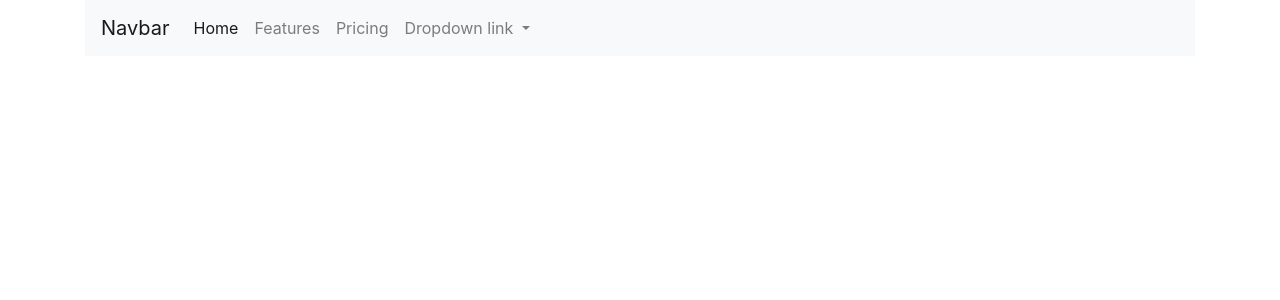
Repository: latenightsnacc/Static-Web-Projects
Page: Dunno Yet/index.html
An editor plug-in stored every save of this project. The page is shown before and after the next save, followed by the edit.
The browser window is 1280 px wide. The pictures show the whole page.
The style sheet was rebuilt from its Sass, Less or Tailwind sources for each picture, by a compiler version that may differ from the author's.

Above is the page before, as saved 2020-11-10 12:26:10.

### Dunno Yet/index.html
<!DOCTYPE html>
<html lang="en">
<head>
    <meta charset="UTF-8">
    <meta name="viewport" content="width=device-width, initial-scale=1.0">
    <!--Tailwind CDN-->
    <link rel="stylesheet" href="https://cdnjs.cloudflare.com/ajax/libs/tailwindcss/1.9.6/base.min.css" integrity="sha512-hEjkvMSM0ql6VJcNK0gTmjt9ar8F2yHeBUbJKtyvQhkkbGMhiJ4+MaiB8XxsthLAHJx5vy2I9dN0un8HiWG2LA==" crossorigin="anonymous" />
    <link rel="stylesheet" href="https://cdnjs.cloudflare.com/ajax/libs/tailwindcss/1.9.6/components.min.css" integrity="sha512-TizAONqhvXjEfRPhptSUkZNVU497PzAnXNGNUoeOjeni4dHpJ+ak+ZsyoGna20LH/yg1PvdufN1VbnVQeVDftg==" crossorigin="anonymous" />
    <link rel="stylesheet" href="https://cdnjs.cloudflare.com/ajax/libs/tailwindcss/1.9.6/tailwind.css" integrity="sha512-HY1FOTeAX9idUBWDhVDrBg8QUHBisKVQ4BCVj1jFo5z76mk87w4Rr5YGP8nBkcGmoMzqYvdeXHMOg/olF45z3g==" crossorigin="anonymous" />
    <link rel="stylesheet" href="https://cdnjs.cloudflare.com/ajax/libs/tailwindcss/1.9.6/utilities.min.css" integrity="sha512-0QJfuLKyYJWGB5hKArJW67xqMLDlR8YaLM/ZuW2mRn4NRwHNsGm7UuREc5Fu7jONHyewPKnGODY0N8G+FQbfxg==" crossorigin="anonymous" />
    <!--Bootstrap CDN-->
    <link rel="stylesheet" href="https://cdn.jsdelivr.net/npm/bootstrap@4.5.3/dist/css/bootstrap.min.css" integrity="sha384-TX8t27EcRE3e/ihU7zmQxVncDAy5uIKz4rEkgIXeMed4M0jlfIDPvg6uqKI2xXr2" crossorigin="anonymous">
    <!--Custom Stylesheet-->
    <link rel="stylesheet" href="styles/stylesheet.css">
    <title>Home</title>
</head>
<body>

    <!--Navbar-->
    <div class="container">
        <nav class="navbar navbar-expand-lg navbar-light bg-light">
            <a class="navbar-brand" href="#">Navbar</a>
            <button class="navbar-toggler" type="button" data-toggle="collapse" data-target="#navbarNavDropdown" aria-controls="navbarNavDropdown" aria-expanded="false" aria-label="Toggle navigation">
              <span class="navbar-toggler-icon"></span>
            </button>
            <div class="collapse navbar-collapse" id="navbarNavDropdown">
              <ul class="navbar-nav">
                <li class="nav-item active">
                  <a class="nav-link" href="#">Home <span class="sr-only">(current)</span></a>
                </li>
                <li class="nav-item">
                  <a class="nav-link" href="#">Features</a>
                </li>
                <li class="nav-item">
                  <a class="nav-link" href="#">Pricing</a>
                </li>
                <li class="nav-item dropdown">
                  <a class="nav-link dropdown-toggle" href="#" id="navbarDropdownMenuLink" role="button" data-toggle="dropdown" aria-haspopup="true" aria-expanded="false">
                    Dropdown link
                  </a>
                  <div class="dropdown-menu" aria-labelledby="navbarDropdownMenuLink">
                    <a class="dropdown-item" href="#">Action</a>
                    <a class="dropdown-item" href="#">Another action</a>
                    <a class="dropdown-item" href="#">Something else here</a>
                  </div>
                </li>
              </ul>
            </div>
        </nav>
    </div>
    <!--Footer-->
    <div class="footer">
        <div class="container">
            <div class="row">

            </div>
        </div>
    </div>

    <!--Bootstrap Scripts-->
    <script src="https://code.jquery.com/jquery-3.5.1.slim.min.js" integrity="sha384-DfXdz2htPH0lsSSs5nCTpuj/zy4C+OGpamoFVy38MVBnE+IbbVYUew+OrCXaRkfj" crossorigin="anonymous"></script>
    <script src="https://cdn.jsdelivr.net/npm/popper.js@1.16.1/dist/umd/popper.min.js" integrity="sha384-9/reFTGAW83EW2RDu2S0VKaIzap3H66lZH81PoYlFhbGU+6BZp6G7niu735Sk7lN" crossorigin="anonymous"></script>
    <script src="https://cdn.jsdelivr.net/npm/bootstrap@4.5.3/dist/js/bootstrap.min.js" integrity="sha384-w1Q4orYjBQndcko6MimVbzY0tgp4pWB4lZ7lr30WKz0vr/aWKhXdBNmNb5D92v7s" crossorigin="anonymous"></script>
</body>
</html>

### Dunno Yet/styles/stylesheet.scss
@import'variables';

*{
    box-sizing: border-box;
    margin: 0;
    padding: 0;
    text-decoration: none;
    list-style: none;
    font-family: -apple-system, BlinkMacSystemFont, 'Segoe UI', Roboto, Oxygen, Ubuntu, Cantarell, 'Open Sans', 'Helvetica Neue', sans-serif;
    button {
        outline: none;
    }
    a {
        text-decoration: none;
        &:hover {
            text-decoration: none;
        }
    }
}
// section {
//     min-height: 100vh;
// }

### Dunno Yet/styles/_variables.scss
$font: -apple-system, BlinkMacSystemFont, 'Segoe UI', Roboto, Oxygen, Ubuntu, Cantarell, 'Open Sans', 'Helvetica Neue', sans-serif;

$primary: #fff;

After the next save:
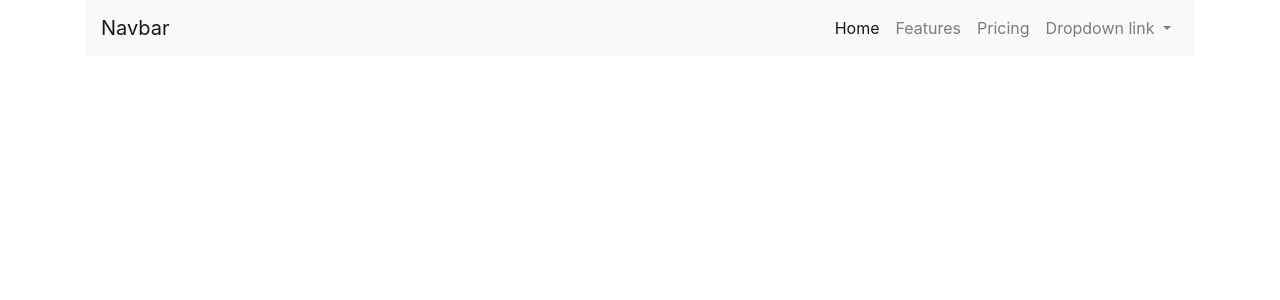
Saved 22 s later.
--- a/Dunno Yet/index.html
+++ b/Dunno Yet/index.html
@@ -24,7 +24,7 @@
               <span class="navbar-toggler-icon"></span>
             </button>
             <div class="collapse navbar-collapse" id="navbarNavDropdown">
-              <ul class="navbar-nav">
+              <ul class="navbar-nav ml-auto">
                 <li class="nav-item active">
                   <a class="nav-link" href="#">Home <span class="sr-only">(current)</span></a>
                 </li>
